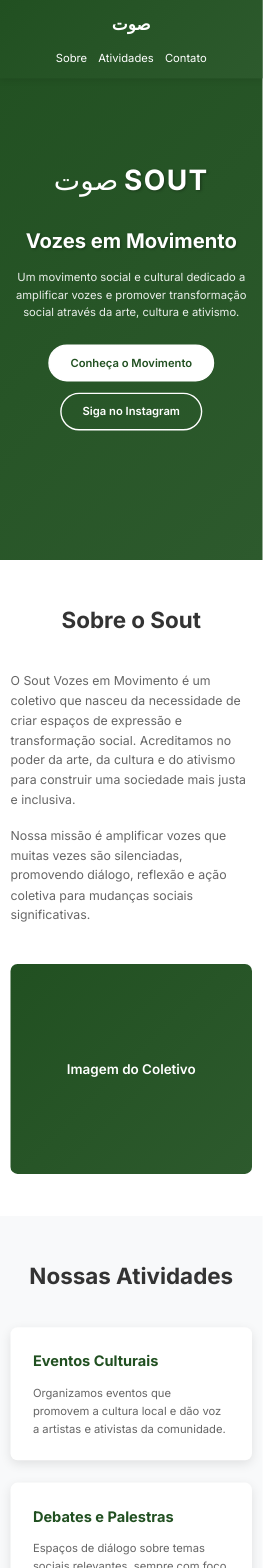
Repository: farukzahra/sout
Page: index.html
The author's editor kept a copy of each file at every save. The page is drawn from the files as they stood at one save, then again after the next save.
The browser window is 375 px wide. The pictures show the part of the page from y = 0 to 2240 px (the page is 3551 px tall), at 70% of full size.

Above is the page before, as saved 2025-10-02 13:00:46.

After the next save:
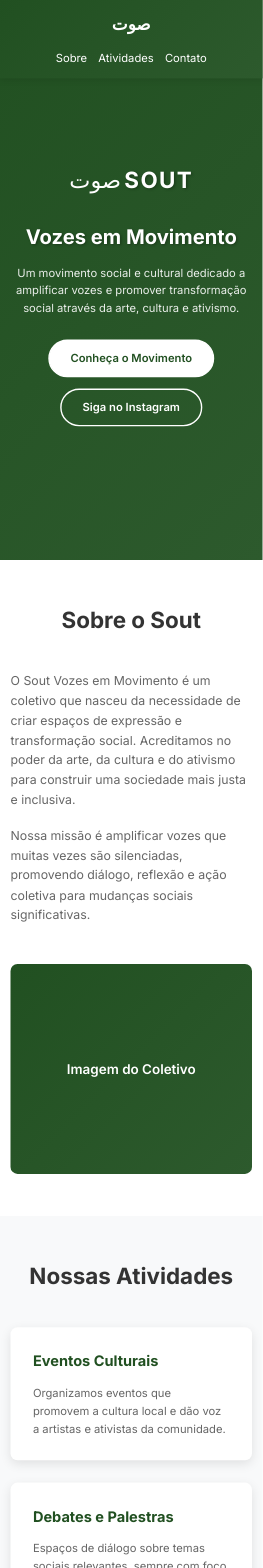
Saved 6 s later.
--- a/style.css
+++ b/style.css
@@ -372,8 +372,13 @@ body {
         padding: 100px 0 60px;
     }
 
+    .logo-combined {
+        gap: 0.3rem;
+    }
+
+    .hero-logo .logo-text,
     .hero-logo .logo-main {
-        font-size: 2.5rem;
+        font-size: 2rem;
     }
 
     .hero-content h2 {
